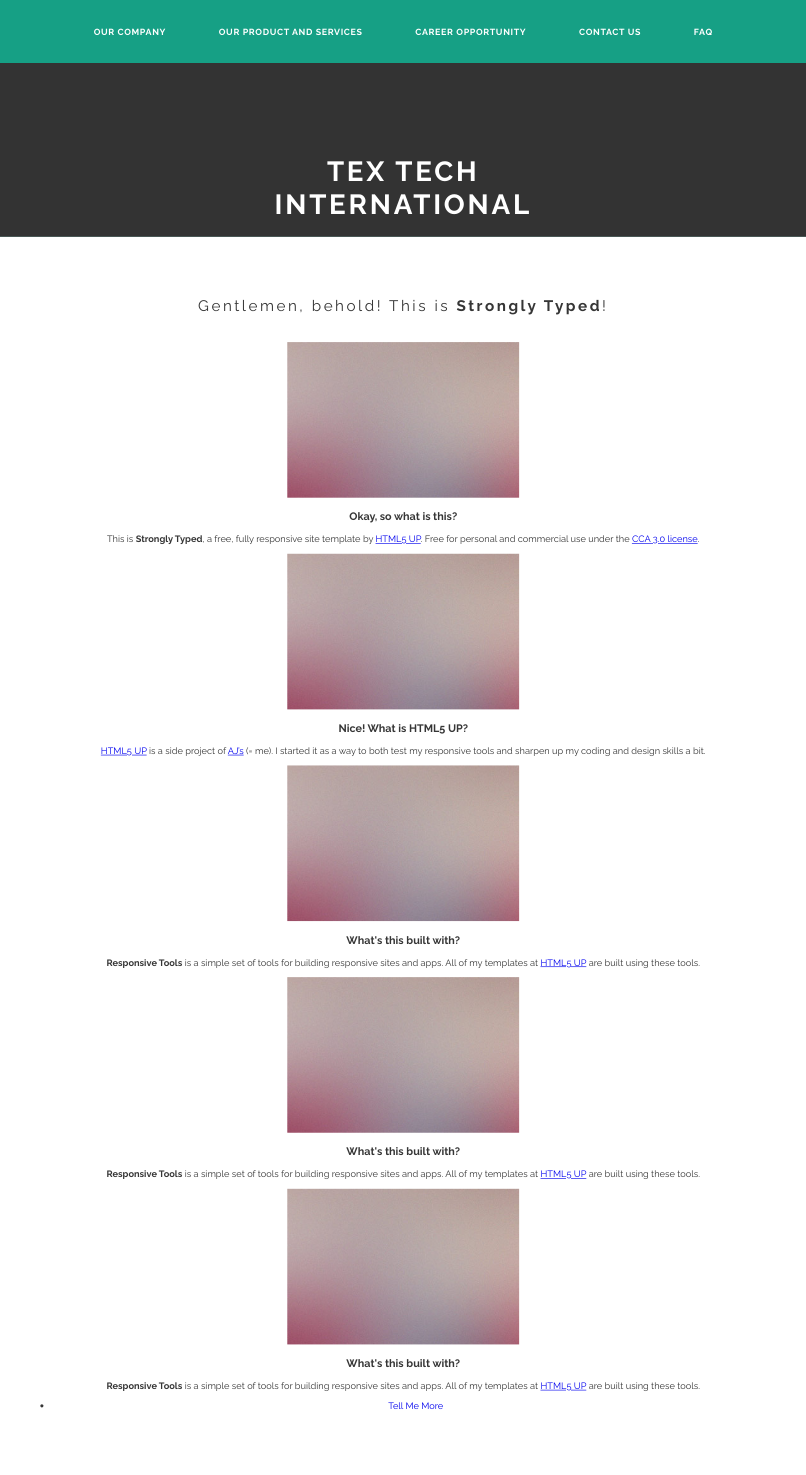
Repository: asifdotpy/demo_webpage
Page: contact_us.html
An editor plug-in stored every save of this project. The page is shown before and after a run of saves, followed by the edit.
The browser window is 1280 px wide. The pictures show the whole page, at 63% of full size.

Above is the page before, as saved 2021-01-26 01:06:02.

### contact_us.html
<!DOCTYPE html>
<html lang="en">
    <head>
        <meta http-equiv="Content-Type" content="text/html; charset=utf-8">
        <title>Tex Tech International</title>
        <meta name="keywords" content="">
        <meta name="description" content="">
        <link href="http://fonts.googleapis.com/css?family=Raleway:400,200,500,600,700,800,300" rel="stylesheet">
        <link href="css/contact_us.css" rel="stylesheet" type="text/css" media="all">
        <link href="fonts.css" rel="stylesheet" type="text/css" media="all">
    </head>
    <body>
        <div id="menu" class="container">
			<ul>
				<li><a href="index.html"><b>Our company</b></a></li>
				<li><a href="our_product_and_services.html"><b>Our product and services</b></a></li>
				<li><a href="career_opportunity.html"><b>Career opportunity</b></a></li>
				<li><a href="contact_us.html"><b>Contact us</b></a></li>
				<li><a href="faq.html"><b>FAQ</b></a></li>
			</ul>
        </div>
        <div id="header-wrapper">
            <div id="header" class="container">
                <div id="logo">
                    <h1><a href="#">Tex Tech International</a></h1>
                    <p>꧁ 𝗦𝗵𝗮𝗿𝗲 𝗘𝗳𝗳𝗼𝗿𝘁, 𝗘𝗮𝗿𝗻 𝗛𝗮𝗽𝗽𝗶𝗻𝗲𝘀𝘀 ꧂</p>
                </div>
            </div>
        </div>
        <section id="features">
            <div class="container">
                <header>
                    <h2>Gentlemen, behold! This is <strong>Strongly Typed</strong>!</h2>
                </header>
                <div class="row aln-center">
                    <div class="col-4 col-6-medium col-12-small">

                        <!-- Feature -->
                            <section>
                                <a href="#" class="image featured"><img src="images/pic02.jpg" alt=""></a>
                                <header>
                                    <h3>Okay, so what is this?</h3>
                                </header>
                                <p>This is <strong>Strongly Typed</strong>, a free, fully responsive site template
                                by <a href="http://html5up.net">HTML5 UP</a>. Free for personal and commercial use under the
                                <a href="http://html5up.net/license">CCA 3.0 license</a>.</p>
                            </section>

                    </div>
                    <div class="col-4 col-6-medium col-12-small">

                        <!-- Feature -->
                            <section>
                                <a href="#" class="image featured"><img src="images/pic02.jpg" alt=""></a>
                                <header>
                                    <h3>Nice! What is HTML5 UP?</h3>
                                </header>
                                <p><a href="http://html5up.net">HTML5 UP</a> is a side project of <a href="http://twitter.com/ajlkn">AJ’s</a> (= me).
                                I started it as a way to both test my responsive tools and sharpen up my coding
                                and design skills a bit.</p>
                            </section>

                    </div>
                    <div class="col-4 col-6-medium col-12-small">

                        <!-- Feature -->
                            <section>
                                <a href="#" class="image featured"><img src="images/pic02.jpg" alt=""></a>
                                <header>
                                    <h3>What's this built with?</h3>
                                </header>
                                <p><strong>Responsive Tools</strong> is a simple set of tools for building responsive
                                sites and apps. All of my templates at <a href="http://html5up.net">HTML5 UP</a> are built using these tools.</p>
                            </section>

                    </div>
                    <div class="col-4 col-6-medium col-12-small">

                        <!-- Feature -->
                            <section>
                                <a href="#" class="image featured"><img src="images/pic02.jpg" alt=""></a>
                                <header>
                                    <h3>What's this built with?</h3>
                                </header>
                                <p><strong>Responsive Tools</strong> is a simple set of tools for building responsive
                                sites and apps. All of my templates at <a href="http://html5up.net">HTML5 UP</a> are built using these tools.</p>
                            </section>

                    </div>
                    <div class="col-4 col-6-medium col-12-small">

                        <!-- Feature -->
                            <section>
                                <a href="#" class="image featured"><img src="images/pic02.jpg" alt=""></a>
                                <header>
                                    <h3>What's this built with?</h3>
                                </header>
                                <p><strong>Responsive Tools</strong> is a simple set of tools for building responsive
                                sites and apps. All of my templates at <a href="http://html5up.net">HTML5 UP</a> are built using these tools.</p>
                            </section>

                    </div>
                    <div class="col-12">
                        <ul class="actions">
                            <li><a href="#" class="button icon solid fa-file">Tell Me More</a></li>
                        </ul>
                    </div>
                </div>
            </div>
        </section>
    </body>
</html>

### css/contact_us.css
html, body {
	height: 100%;
}

body {
	margin: 0px;
	padding: 0px;
	background: #16a085;
	font-family: 'Raleway', sans-serif;
	font-size: 11pt;
	font-weight: 400;
	color: #363636;
}





/** MENU */

#menu {
	overflow: hidden;
	height: 100px;
}

#menu ul {
	margin: 0;
	padding: 0px 0px 0px 0px;
	list-style: none;
	line-height: normal;
	text-align: center;
}

#menu li {
	display: inline-block;
	font-size: 1.2em;
}

#menu a {
	display: block;
	letter-spacing: 1px;
	padding: 0px 40px;
	text-decoration: none;
	text-align: center;
	text-transform: uppercase;
	font-size: 0.80em;
	line-height: 100px;
	border: none;
	color: #FFF;
}

#menu a:hover, #menu .current_page_item a {
	text-decoration: none;
}

#menu a:hover, .current_page_item a {
	background: #1abc9c;
}




/*********************************************************************************/
/* Wrappers                                                                      */
/*********************************************************************************/

#header-wrapper
{
	overflow: hidden;
	background: url(images/bg01.png) repeat;
	background-size: 100%;
	padding: 6em 0em 2em 0em;
	background: #333333;
}


/*********************************************************************************/
/* Header                                                                        */
/*********************************************************************************/

	#header
	{
		position: relative;
		overflow: hidden;
		text-align: center;
	}

/*********************************************************************************/
/* Logo                                                                          */
/*********************************************************************************/

	#logo
	{
		width: 500px;
		height: 100px;
		margin: 0 auto;
		padding: 2em 0em;
		text-transform: uppercase;
	}

	#logo h1
	{
		letter-spacing: 0.10em;
		font-size: 3em;
	}

	#logo p
	{
		letter-spacing: 0.10em;
		color: #FFF;
	}

	#logo a
	{
		text-decoration: none;
		color: #FFF;
	}


#features {
		position: relative;
		overflow: hidden;
		background: #fff;
		text-align: center;
		padding: 6em 0;
}

#page-wrapper > section {
    margin-bottom: 0;
}

/* Container */

.container {
	margin: 0 auto;
	max-width: 100%;
	width: 70em;
}

	@media screen and (max-width: 1680px) {

		.container {
			width: 68em;
		}

	}

	@media screen and (max-width: 1280px) {

		.container {
			width: calc(100% - 80px);
		}

	}


	@media screen and (max-width: 980px) {

		.container {
			width: calc(100% - 100px);
		}

	}

	@media screen and (max-width: 736px) {

		.container {
			width: calc(100% - 40px);
		}

	}



	h2 {
		font-size: 1.65em;
		font-weight: 400;
		letter-spacing: 4px;
		margin: 0 0 1.5em 0;
		line-height: 1.75em;
	}
	.row.aln-center {
		justify-content: center;
	}

Loaded but not shown: fonts.css (378 lines, source omitted)

After the next 2 saves:
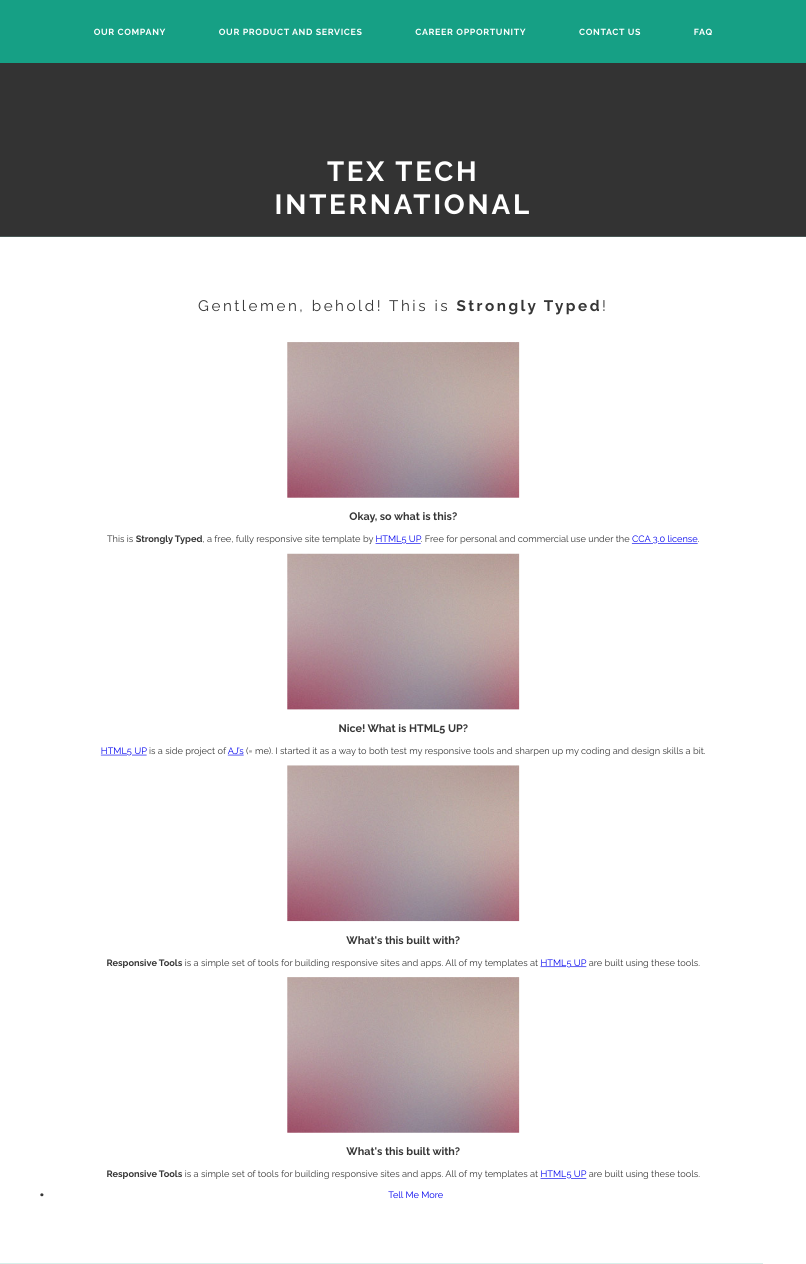
The 2 saves are shown as one change because they came seconds apart.
The last was saved 6 s later.
--- a/contact_us.html
+++ b/contact_us.html
@@ -87,19 +87,7 @@
                             </section>
 
                     </div>
-                    <div class="col-4 col-6-medium col-12-small">
 
-                        <!-- Feature -->
-                            <section>
-                                <a href="#" class="image featured"><img src="images/pic02.jpg" alt=""></a>
-                                <header>
-                                    <h3>What's this built with?</h3>
-                                </header>
-                                <p><strong>Responsive Tools</strong> is a simple set of tools for building responsive
-                                sites and apps. All of my templates at <a href="http://html5up.net">HTML5 UP</a> are built using these tools.</p>
-                            </section>
-
-                    </div>
                     <div class="col-12">
                         <ul class="actions">
                             <li><a href="#" class="button icon solid fa-file">Tell Me More</a></li>
